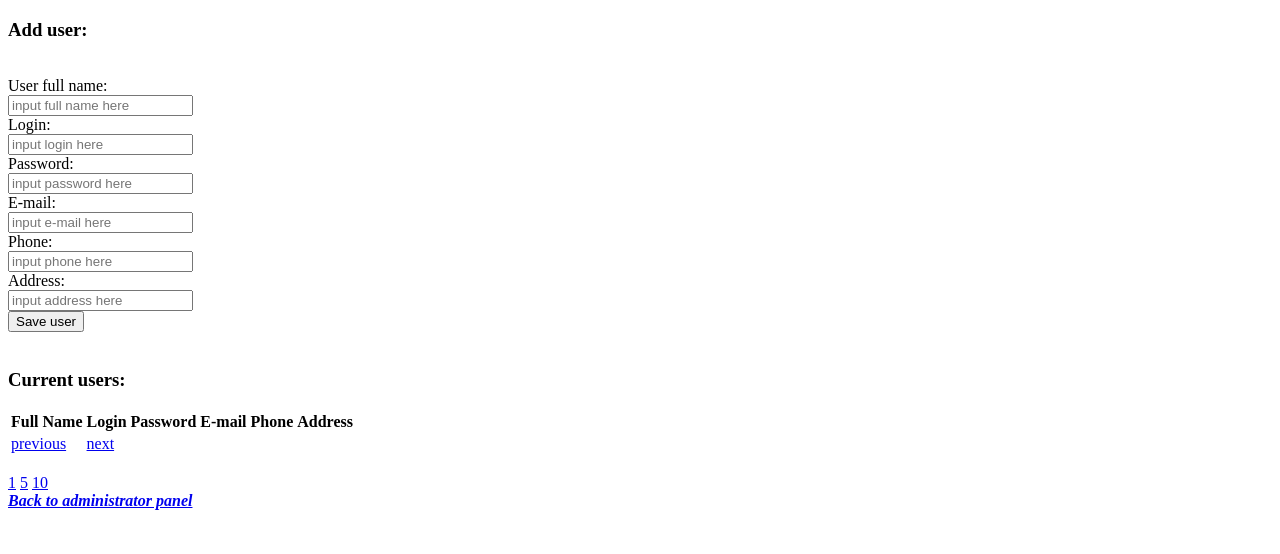
Repository: Zed180881/Zed_repo
Page: http://localhost/eShop/WEB-INF/views/adminPanel/adminUser.jsp
The author's editor kept a copy of each file at every save. The page is drawn from the files as they stood at one save, then again after the next save.
The browser window is 1280 px wide. The pictures show the whole page.
The page is served by Tomcat 9. Nobody is signed in. The template is opened directly, without the code that normally fills it, so the values that code supplies are empty.

Above is the page before, as saved 2016-08-24 12:01:23.

After the next save:
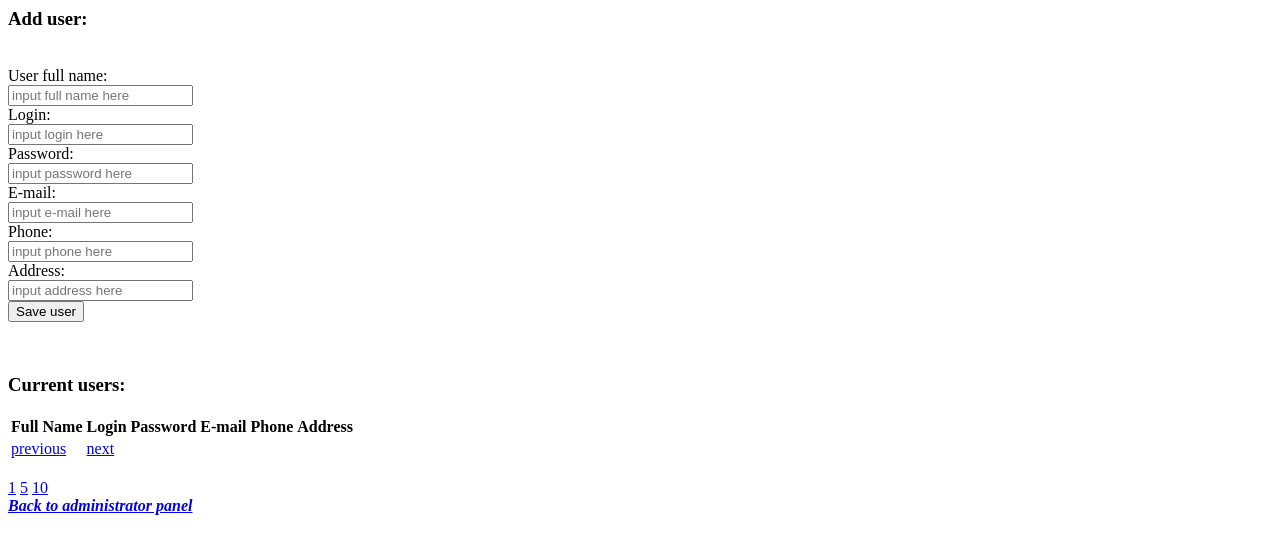
Saved 11 min 8 s later.
--- a/JavaProj/eShop/src/main/webapp/WEB-INF/views/adminPanel/adminUser.jsp
+++ b/JavaProj/eShop/src/main/webapp/WEB-INF/views/adminPanel/adminUser.jsp
@@ -1,12 +1,8 @@
-<%@ page language="java" contentType="text/html; charset=UTF-8"
-	pageEncoding="UTF-8"%>
+<%@ page language="java" contentType="text/html; charset=UTF-8"	pageEncoding="UTF-8"%>
 <%@ taglib prefix="c" uri="http://java.sun.com/jsp/jstl/core"%>
 <%@ taglib uri="http://www.springframework.org/tags/form" prefix="form"%>
-<!DOCTYPE html>
-<html>
-<head>
-<meta charset="UTF-8">
-<title>User Management</title>
+
+<title>Керування користувачами</title>
 </head>
 <body>
 	<h3>Add user:</h3>
